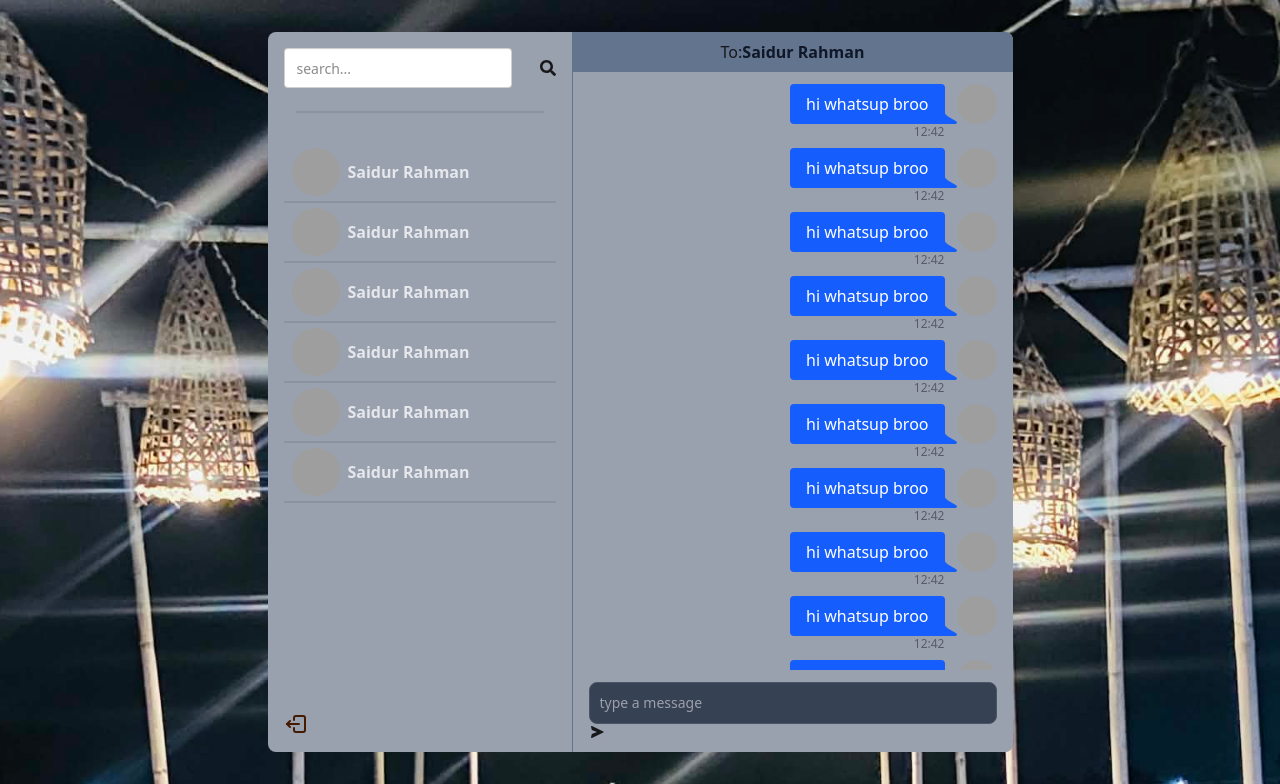
Repository: ridhukhan/chatapp
Page: / (app in frontend/)
The author's editor kept a copy of each file at every save. The page is drawn from the files as they stood at one save, then again after the next save.
The browser window is 1280 px wide. The pictures show the whole page.
Pictures or frames that could not be fetched are drawn as grey boxes. An inner scrolling area shows only its first screen. Backgrounds fixed to the window are drawn as part of the page. The project was rebuilt for these pictures with package versions that can differ from the ones it lists, and the page was loaded fresh each time. Also part of the build but not shown: frontend/vite.config.js, frontend/src/Pages/login/Login.jsx, frontend/src/Pages/signup/GendarCheckbox.jsx, frontend/src/Pages/signup/SignUp.jsx.

Above is the page before, as saved 2025-12-25 19:12:57.

After the next save:
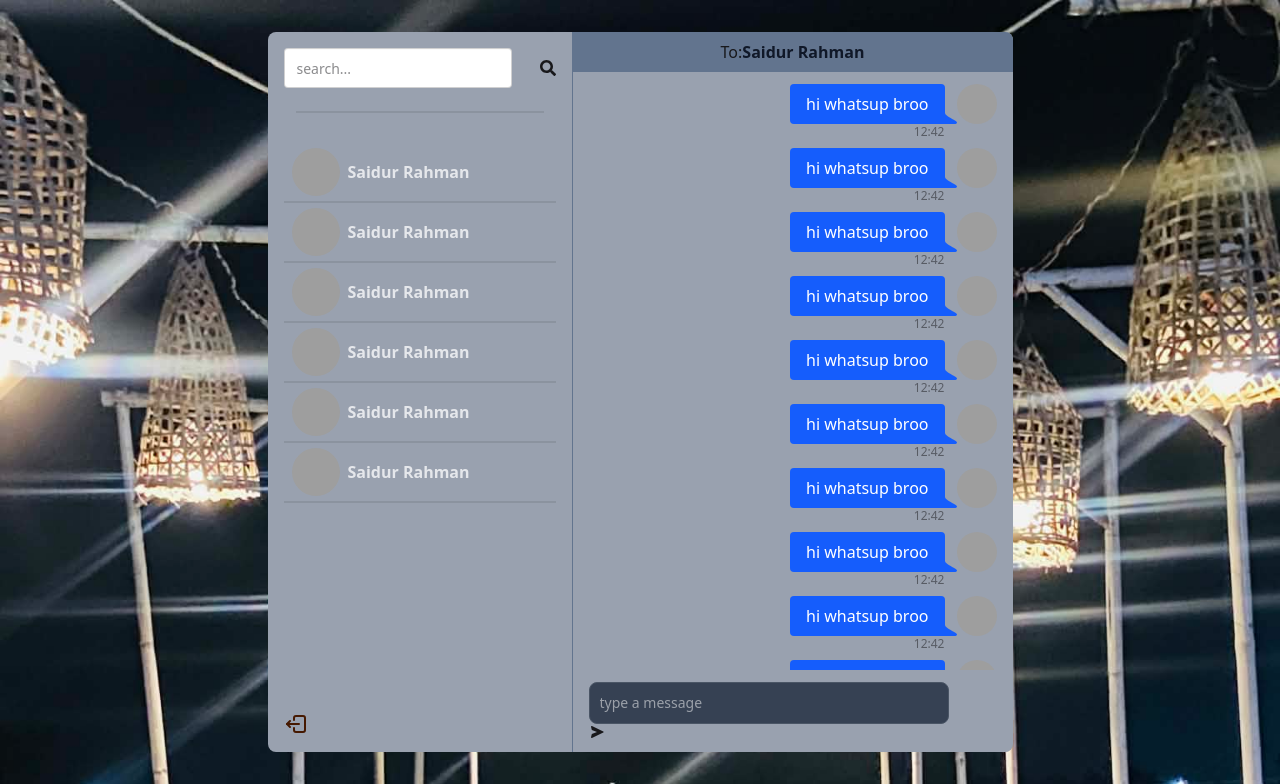
Saved 85 s later.
--- a/frontend/src/Components/messages/MessageInput.jsx
+++ b/frontend/src/Components/messages/MessageInput.jsx
@@ -5,7 +5,7 @@ const MessageInput = () => {
     <form className='px-4 my-3'>
 
 <div className='w-full'>
-<input type="text" className='border text-sm rounded-lg block w-full p-2.5 bg-gray-700 border-gray-600 text-white'
+<input type="text" className='border text-sm rounded-lg block w-90 p-2.5 bg-gray-700 border-gray-600 text-white'
 placeholder='type a message'/>
 
 <button type='submit'className='absulate inset-y-0 end-0 flex items-center pe-3'>
